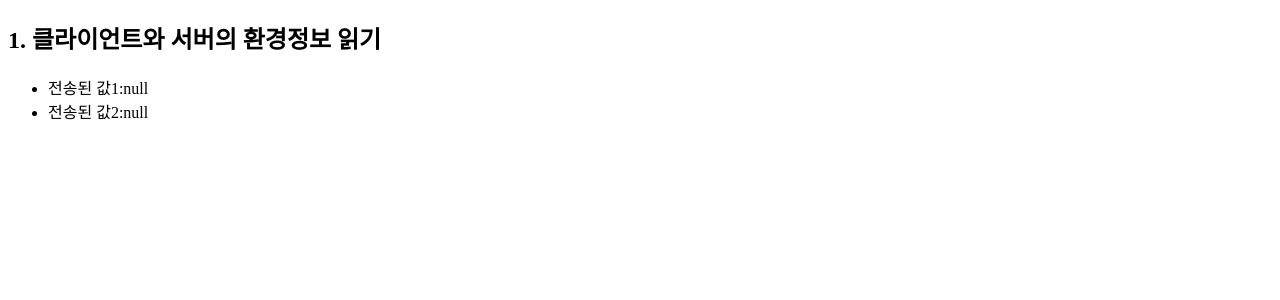
Repository: ahwaboin3/eclipse-workspace-jsp
Page: http://localhost/MustHaveJSP/RequestWebInfo.jsp
An editor plug-in stored every save of this project. The page is shown before and after the next save, followed by the edit.
The browser window is 1280 px wide. The pictures show the whole page.
The page is served by Tomcat 10. Other server files are loaded and not shown.

Above is the page before, as saved 2025-05-21 02:48:39.

### MustHaveJSP/src/main/webapp/RequestWebInfo.jsp
<%@ page language="java" contentType="text/html; charset=UTF-8"
    pageEncoding="UTF-8"%>
<!DOCTYPE html>
<html>
<head>
<meta charset="UTF-8">
<title>Insert title here</title>
</head>
<body>
	<h2>1. 클라이언트와 서버의 환경정보 읽기</h2>
	<ul>
		<li>전송된 값1:<%=request.getParameter("eng") %></li>
		<li>전송된 값2:<%=request.getParameter("han") %></li>
	</ul>
</body>
</html>

After the next save:
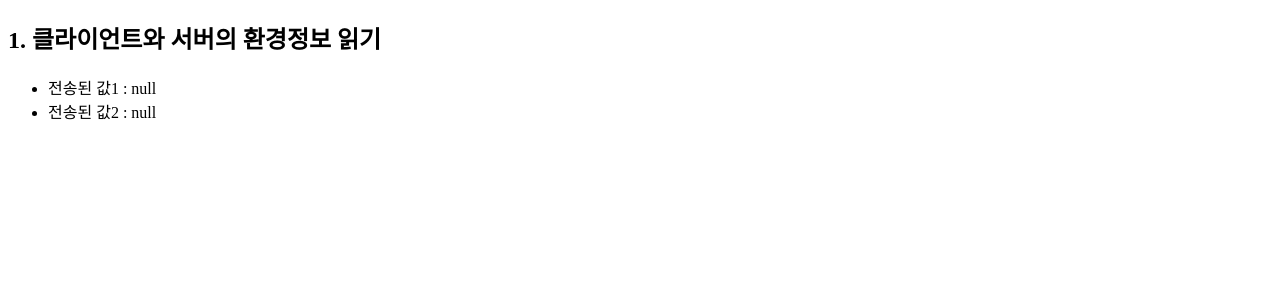
Saved 8 min 12 s later.
--- a/MustHaveJSP/src/main/webapp/RequestWebInfo.jsp
+++ b/MustHaveJSP/src/main/webapp/RequestWebInfo.jsp
@@ -9,8 +9,8 @@
 <body>
 	<h2>1. 클라이언트와 서버의 환경정보 읽기</h2>
 	<ul>
-		<li>전송된 값1:<%=request.getParameter("eng") %></li>
-		<li>전송된 값2:<%=request.getParameter("han") %></li>
+		<li>전송된 값1 : <%=request.getParameter("eng") %></li>
+		<li>전송된 값2 : <%=request.getParameter("han") %></li>
 	</ul>
 </body>
 </html>
